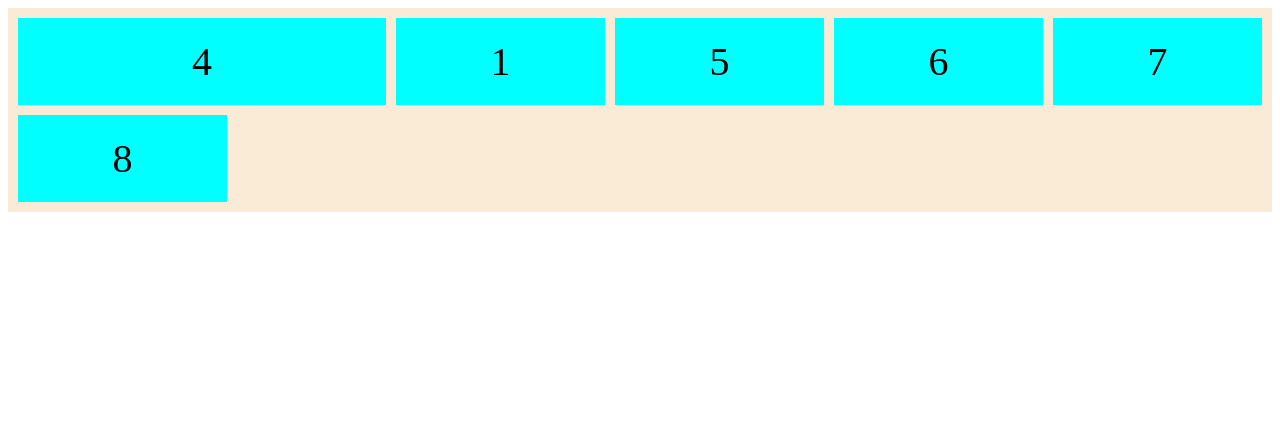
Repository: Thonghehe/Lab1_WEB106
Page: index11.html
An editor plug-in stored every save of this project. The page is shown before and after the next save, followed by the edit.
The browser window is 1280 px wide. The pictures show the whole page.

Above is the page before, as saved 2024-03-05 18:07:32.

### index11.html
<!DOCTYPE html>
<html lang="en">

<head>
    <meta charset="UTF-8">
    <meta name="viewport" content="width=device-width, initial-scale=1.0">
    <title>Document</title>
    <link rel="stylesheet" href="./style.css">
</head>

<body>
    <div class="grid-container">
        <div class="item1">1</div>
        <div class="item2">2</div>
        <div class="item3">3</div>
        <div class="item4">4</div>
        <div class="item5">5</div>
        <div class="item6">6</div>
        <div class="item7">7</div>
        <div class="item8">8</div>
    </div>
</body>

</html>

### style.css
.grid-container {
    display: grid;
    grid-template-columns: auto auto auto auto auto auto;
    /* grid-row: auto auto auto; */
    gap: 10px;
    background-color: antiquewhite;
    padding: 10px;
}

.grid-container>div {
    background-color: aqua;
    text-align: center;
    padding: 20px;
    font-size: 40px;
}


.item2,

.item3,
.item4 {
    grid-column: 1/3;
    grid-row: 1/2;
}

After the next save:
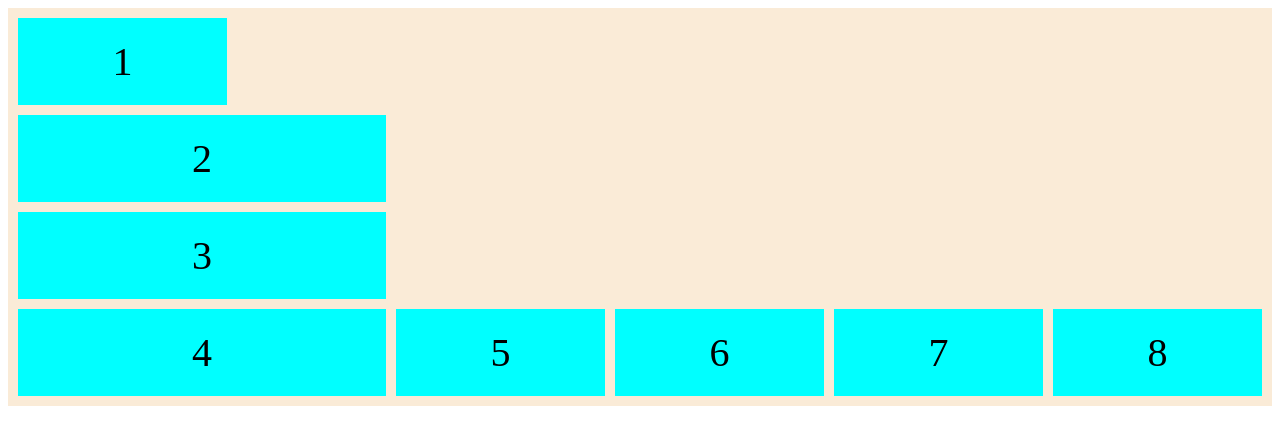
Saved 8 s later.
--- a/style.css
+++ b/style.css
@@ -20,5 +20,5 @@
 .item3,
 .item4 {
     grid-column: 1/3;
-    grid-row: 1/2;
+    /* grid-row: 1/2; */
 }
